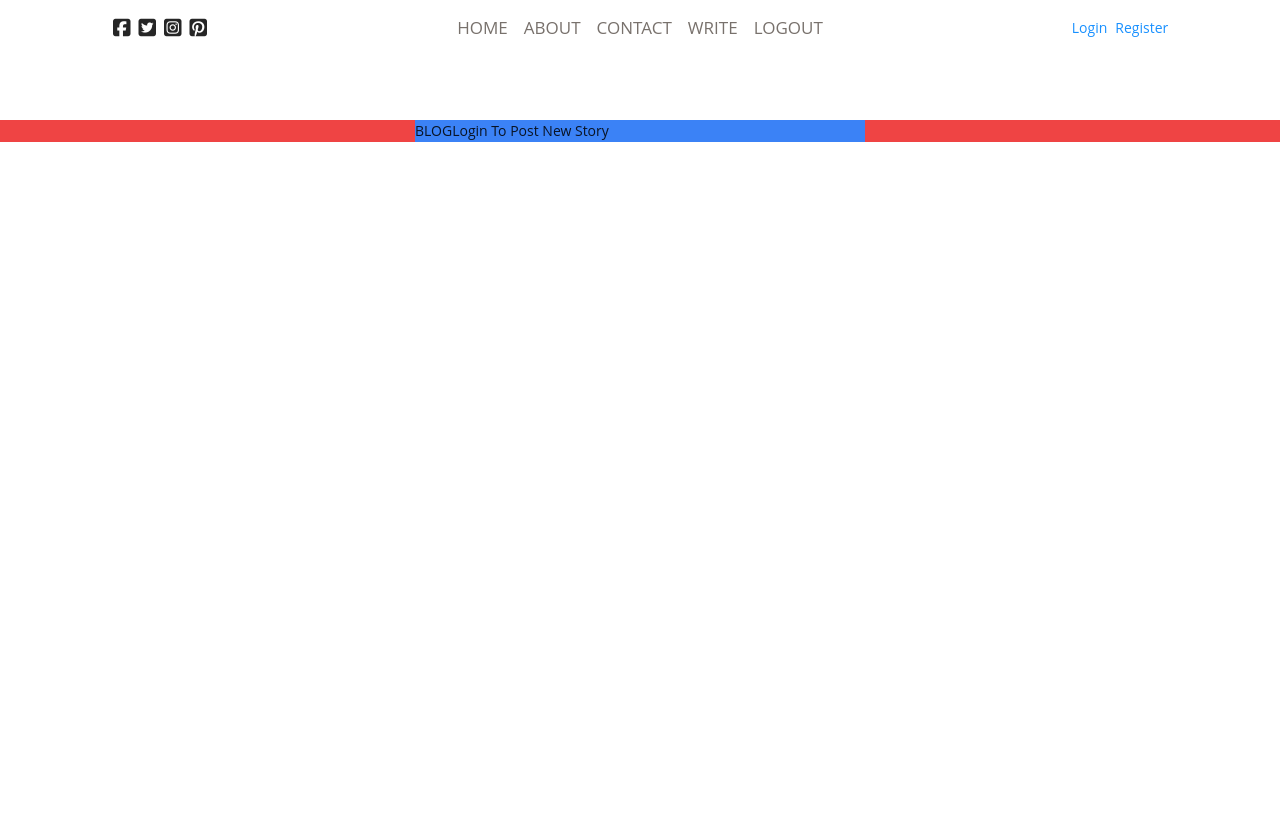
Repository: truongnguyenuit/Blog_App_ver2
Page: /login (app in client/)
The author's editor kept a copy of each file at every save. The page is drawn from the files as they stood at one save, then again after the next save.
The browser window is 1280 px wide. The pictures show the whole page.
Some web libraries are served in a nearby version. The project was rebuilt for these pictures with package versions that can differ from the ones it lists, and the page was loaded fresh each time. Also part of the build but not shown: client/src/components/AboutComponent.js, client/src/pages/HomePage.js, client/src/pages/RegisterPage.js.

Above is the page before, as saved 2022-07-18 11:16:33.

After the next save:
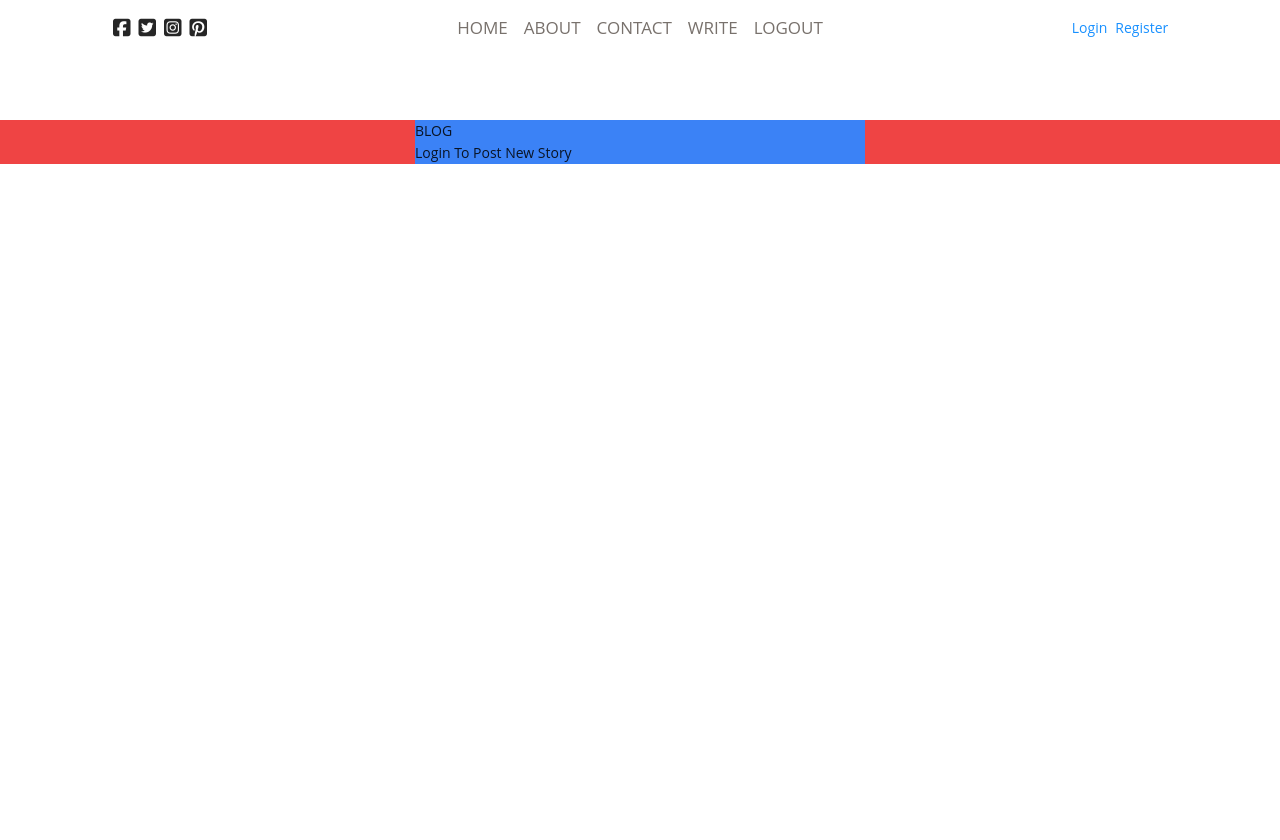
Saved 20 s later.
--- a/client/src/pages/LoginPage.js
+++ b/client/src/pages/LoginPage.js
@@ -3,7 +3,7 @@ import React from 'react'
 const LoginPage = () => {
   return (
     <div className='bg-red-500  mt-[120px] flex justify-center'>
-      <div className="bg-blue-500 w-[450px] flex ">
+      <div className="bg-blue-500 w-[450px] flex flex-col">
         <span>
           BLOG
         </span>
